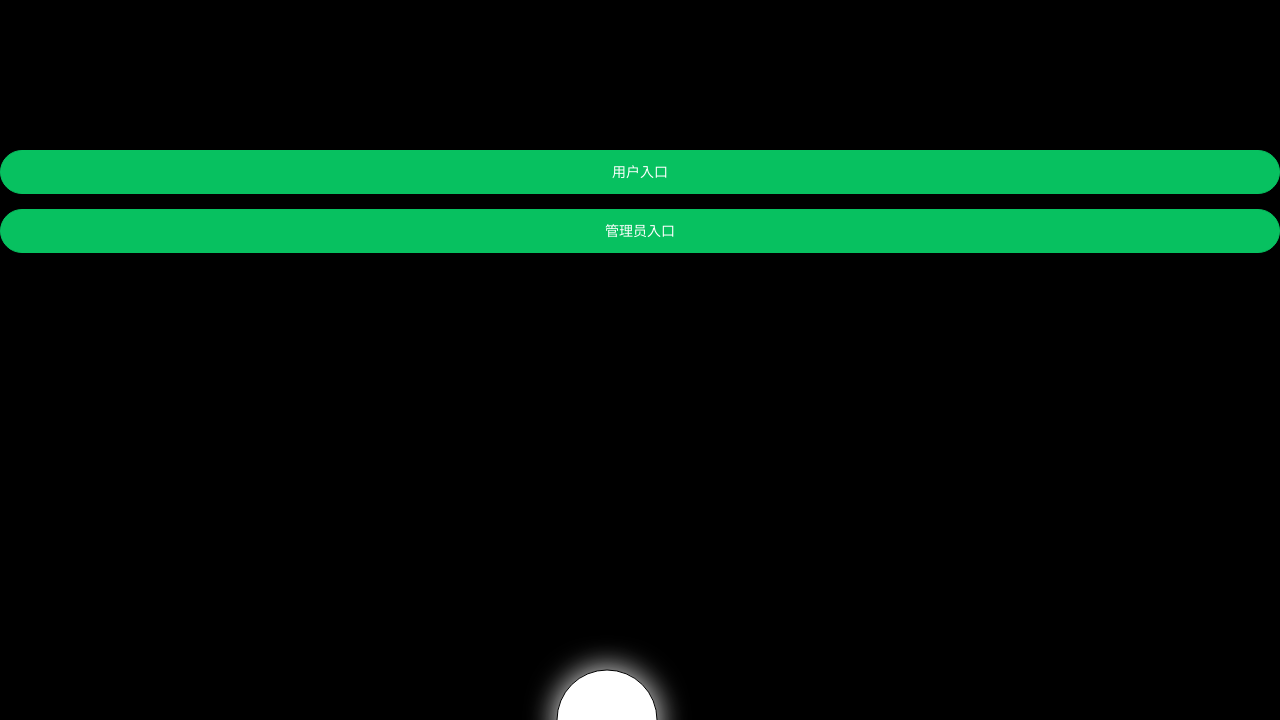
Repository: fisher002/sports
Page: /
The author's editor kept a copy of each file at every save. The page is drawn from the files as they stood at one save, then again after the next save.
The browser window is 1280 px wide. The pictures show the whole page.
The project was rebuilt for these pictures with package versions that can differ from the ones it lists, and the page was loaded fresh each time. Also part of the build but not shown: src/components/public/bottom.vue, src/views/mobile-index/indexUrl.js, src/views/mobile-admin/admin-login/loginUrl.js, src/components/public/top.vue, src/views/mobile-index/mobileIndex.vue, src/utils/comUtils.js, src/views/mobile-index/index.vue, src/views/mobile-index/detailcompate.vue and 68 more.

Above is the page before, as saved 2020-05-04 14:14:35.

### index.html
<!DOCTYPE html>
<html>
  <head>
    <meta charset="utf-8">
    <meta name="viewport" content="width=device-width,initial-scale=1.0">
    <title>sports</title>
  </head>
  <body>
    <div id="app"></div>
    <!-- built files will be auto injected -->
  </body>
</html>

### src/main.js
// The Vue build version to load with the `import` command
// (runtime-only or standalone) has been set in webpack.base.conf with an alias.
import Vue from 'vue'
import App from './App'
import router from './router'
import Vant from 'vant';
import { Toast } from "vant";
import { Dialog } from 'vant';
import 'vant/lib/index.css';

Vue.use(Toast);
Vue.use(Dialog);
Vue.use(Vant);
Vue.config.productionTip = false

/* eslint-disable no-new */
new Vue({
  el: '#app',
  router,
  components: { App },
  template: '<App/>'
})

### src/App.vue
<template>
  <div id="app">
    <router-view v-if="isRouterAlive" />
  </div>
</template>

<script>
import { Toast } from "vant";
export default {
  name: 'App',
  provide() {
    //父组件中通过provide来提供变量，在子组件中通过inject来注入变量。
    return {
      reload: this.reload
    };
  },
  data() {
    return {
      isRouterAlive: true, //控制视图是否显示的变量
    };
  },
  methods: {
    reload() {
      this.isRouterAlive = false; //先关闭，
      this.$nextTick(function() {
        this.isRouterAlive = true; //再打开
      });
    }
  }
}
</script>

<style>
#app {
  font-family: 'Avenir', Helvetica, Arial, sans-serif;
  -webkit-font-smoothing: antialiased;
  -moz-osx-font-smoothing: grayscale;
  text-align: center;
  color: #2c3e50;
  /* margin-top: 60px; */
}
</style>

### src/router/index.js
import Vue from 'vue'
import Router from 'vue-router'
// import HelloWorld from '@/components/HelloWorld'
// 用户路由
import defaultIndex from '@/views/index'
import mobileIndex from '@/views/mobile-index/mobileIndex'
import index from '@/views/mobile-index/index'
import detailcompate from '@/views/mobile-index/detailcompate'
import login from '@/views/mobile-index/login'
import listmine from '@/views/mobile-mine/listmine'
import detailmine from '@/views/mobile-mine/detailmine'
import listscore from '@/views/mobile-mine/listscore'
import listmessage from '@/views/mobile-mine/listmessage'
import refereemanage from '@/views/mobile-mine/refereeManage'
import listcontestant from '@/views/mobile-mine/listcontestant'
import signupmine from '@/views/mobile-mine/signupmine'
import listitem from '@/views/mobile-item/listitem'
import detailitem from '@/views/mobile-item/detailitem'
import listcomment from '@/views/mobile-comment/listcomment'
import commentusers from '@/views/mobile-comment/commentusers'
import listtournament from '@/views/mobile-tournament/listtournament'
import alltournaments from '@/views/mobile-tournament/alltournaments'
import chatusers from '@/views/mobile-tournament/chatusers'

// 管理员路由
import adminIndex from '@/views/mobile-admin/adminIndex'
import adminlogin from '@/views/mobile-admin/admin-login/adminLogin'
// 赛前
import preindex from '@/views/mobile-admin/admin-pregame/preindex'
import releasegames from '@/views/mobile-admin/admin-pregame/releasegames'
import listgames from '@/views/mobile-admin/admin-pregame/listgames'
import editcompate from '@/views/mobile-admin/admin-pregame/editcompate'
import registermanagement from '@/views/mobile-admin/admin-pregame/registercompate/registermanagement'
import registerpeople from '@/views/mobile-admin/admin-pregame/registercompate/registerpeople'
import listcompateplay from '@/views/mobile-admin/admin-pregame/playermanage/listcompateplay'
import playermanagement from '@/views/mobile-admin/admin-pregame/playermanage/playermanagement'
import listcompatereferee from '@/views/mobile-admin/admin-pregame/refereemanage/listcompatereferee'
import refereemanagement from '@/views/mobile-admin/admin-pregame/refereemanage/refereemanagement'
import listequipment from '@/views/mobile-admin/admin-pregame/equipmentmanage/listequipment'
// 赛中
import middleindex from '@/views/mobile-admin/admin-middle/middleindex'
import listcompates from '@/views/mobile-admin/admin-middle/compatescore/listcompates'
import listcompatescore from '@/views/mobile-admin/admin-middle/compatescore/listcompatescore'
import listfinalperson from '@/views/mobile-admin/admin-middle/finalperson/listfinalperson'
import detailfinalperson from '@/views/mobile-admin/admin-middle/finalperson/detailfinalperson'
// 赛后
import afterindex from '@/views/mobile-admin/admin-after/afterindex'
import listbackmsg from '@/views/mobile-admin/admin-after/feedbackmsg/listbackmsg'
import listcompatewonderful from '@/views/mobile-admin/admin-after/compatewonderful/listcompatewonderful'
import detailwonderful from '@/views/mobile-admin/admin-after/compatewonderful/detailwonderful'
import listcompatenews from '@/views/mobile-admin/admin-after/compatenews/listcompatenews'
import detailcomnews from '@/views/mobile-admin/admin-after/compatenews/detailcomnews'
import listoutlaycompate from '@/views/mobile-admin/admin-after/compateoutlay/listoutlaycompate'
import detailoutlay from '@/views/mobile-admin/admin-after/compateoutlay/detailoutlay'
import listoutlaysum from '@/views/mobile-admin/admin-after/outlaysum/listoutlaysum'
import detailsumlist from '@/views/mobile-admin/admin-after/outlaysum/detailsumlist'

Vue.use(Router)

export default new Router({
  routes: [
    {
      path: '/',
      name: 'index',
      component: defaultIndex,
    },
    {
      path: '/user',
      name: 'mobileIndex',
      component: mobileIndex,
      redirect: '/user/index',
      children: [
        {
          path: '/user/index',
          name: 'index',
          meta: {
            label: "首页"
          },
          component: index
        },
        {
          path: '/user/detailcompate',
          name: 'detailcompate',
          meta: {
            label: "赛事详情"
          },
          component: detailcompate
        },
        {
          path: '/user/listmine',
          name: 'listmine',
          meta: {
            label: "我的"
          },
          component: listmine
        },
        {
          path: '/user/detailmine',
          name: 'detailmine',
          meta: {
            label: "我的信息"
          },
          component: detailmine
        },
        {
          path: '/user/refereemanage',
          name: 'refereemanage',
          meta: {
            label: "我的赛事管理"
          },
          component: refereemanage
        },
        {
          path: '/user/listcontestant',
          name: 'listcontestant',
          meta: {
            label: "运动员管理"
          },
          component: listcontestant
        },
        {
          path: '/user/signupmine',
          name: 'signupmine',
          meta: {
            label: "我的报名"
          },
          component: signupmine
        },
        {
          path: '/user/listscore',
          name: 'listscore',
          meta: {
            label: "我的成绩"
          },
          component: listscore
        },
        {
          path: '/user/listmessage',
          name: 'listmessage',
          meta: {
            label: "我的消息"
          },
          component: listmessage
        },
        {
          path: '/user/listitem',
          name: 'listitem',
          meta: {
            label: "项目"
          },
          component: listitem
        },
        {
          path: '/user/detailitem',
          name: 'detailitem',
          meta: {
            label: "项目列表"
          },
          component: detailitem
        },
        {
          path: '/user/listcomment',
          name: 'listcomment',
          meta: {
            label: "评论"
          },
          component: listcomment
        },
        {
          path: '/user/commentusers',
          name: 'commentusers',
          meta: {
            label: "赛事评论"
          },
          component: commentusers
        },
        {
          path: '/user/listtournament',
          name: 'listtournament',
          meta: {
            label: "赛事"
          },
          component: listtournament
        },
        {
          path: '/user/alltournaments',
          name: 'alltournaments',
          meta: {
            label: "全部赛事时间"
          },
          component: alltournaments
        },
        {
          path: '/user/chatusers',
          name: 'chatusers',
          meta: {
            label: "赛事实时信息"
          },
          component: chatusers
        },
      ]
    },
    {
      path: '/admin',
      name: 'adminIndex',
      component: adminIndex,
      redirect: '/admin/preindex',
      children: [
        {
          path: '/admin/preindex',
          name: 'preindex',
          meta: {
            label: "赛前"
          },
          component: preindex
        },
        {
          path: '/admin/releasegames',
          name: 'releasegames',
          meta: {
            label: "赛事发布"
          },
          component: releasegames
        },
        {
          path: '/admin/listgames',
          name: 'listgames',
          meta: {
            label: "赛事修改列表"
          },
          component: listgames
        },
        {
          path: '/admin/editcompate',
          name: 'editcompate',
          meta: {
            label: "赛事修改"
          },
          component: editcompate
        },
        {
          path: '/admin/registermanagement',
          name: 'registermanagement',
          meta: {
            label: "赛事报名管理"
          },
          component: registermanagement
        },
        {
          path: '/admin/registerpeople',
          name: 'registerpeople',
          meta: {
            label: "报名学生"
          },
          component: registerpeople
        },
        {
          path: '/admin/listcompateplay',
          name: 'listcompateplay',
          meta: {
            label: "运动员管理"
          },
          component: listcompateplay
        },
        {
          path: '/admin/playermanagement',
          name: 'playermanagement',
          meta: {
            label: "运动员列表"
          },
          component: playermanagement
        },
        {
          path: '/admin/listcompatereferee',
          name: 'listcompatereferee',
          meta: {
            label: "裁判管理"
          },
          component: listcompatereferee
        },
        {
          path: '/admin/refereemanagement',
          name: 'refereemanagement',
          meta: {
            label: "裁判列表"
          },
          component: refereemanagement
        },
        {
          path: '/admin/listequipment',
          name: 'listequipment',
          meta: {
            label: "设备添加"
          },
          component: listequipment
        },
        {
          path: '/admin/middleindex',
          name: 'middleindex',
          meta: {
            label: "赛中"
          },
          component: middleindex
        },
        {
          path: '/admin/listcompates',
          name: 'listcompates',
          meta: {
            label: "赛事列表"
          },
          component: listcompates
        },
        {
          path: '/admin/listcompatescore',
          name: 'listcompatescore',
          meta: {
            label: "赛事成绩"
          },
          component: listcompatescore
        },
        {
          path: '/admin/listfinalperson',
          name: 'listfinalperson',
          meta: {
            label: "赛事列表"
          },
          component: listfinalperson
        },
        {
          path: '/admin/detailfinalperson',
          name: 'detailfinalperson',
          meta: {
            label: "决赛名单添加"
          },
          component: detailfinalperson
        },
        {
          path: '/admin/afterindex',
          name: 'afterindex',
          meta: {
            label: "赛后"
          },
          component: afterindex
        },
        {
          path: '/admin/listbackmsg',
          name: 'listbackmsg',
          meta: {
            label: "反馈信息列表"
          },
          component: listbackmsg
        },
        {
          path: '/admin/listcompatewonderful',
          name: 'listcompatewonderful',
          meta: {
            label: "赛事资源"
          },
          component: listcompatewonderful
        },
        {
          path: '/admin/detailwonderful',
          name: 'detailwonderful',
          meta: {
            label: "赛事资源发布"
          },
          component: detailwonderful
        },
        {
          path: '/admin/listcompatenews',
          name: 'listcompatenews',
          meta: {
            label: "赛事新闻"
          },
          component: listcompatenews
        },
        {
          path: '/admin/detailcomnews',
          name: 'detailcomnews',
          meta: {
            label: "赛事新闻发布"
          },
          component: detailcomnews
        },
        {
          path: '/admin/listoutlaycompate',
          name: 'listoutlaycompate',
          meta: {
            label: "赛事列表"
          },
          component: listoutlaycompate
        },
        {
          path: '/admin/detailoutlay',
          name: 'detailoutlay',
          meta: {
            label: "赛事经费添加"
          },
          component: detailoutlay
        },
        {
          path: '/admin/listoutlaysum',
          name: 'listoutlaysum',
          meta: {
            label: "赛事列表"
          },
          component: listoutlaysum
        },
        {
          path: '/admin/detailsumlist',
          name: 'detailsumlist',
          meta: {
            label: "赛事统计列表"
          },
          component: detailsumlist
        },
      ]
    },
    {
      path: '/login',
      name: 'login',
      meta: {
        label: "用户登录"
      },
      component: login
    },
    {
      path: '/adminlogin',
      name: 'adminlogin',
      meta: {
        label: "管理员登录"
      },
      component: adminlogin
    },
  ]
})

### src/views/index.vue
<template>
  <div class="index">
    <div class="btn">
      <van-button to="/user" type="primary" block round>用户入口</van-button>
      <div class="hide"></div>
      <van-button to="/adminlogin" type="primary" block round>管理员入口</van-button>
    </div>
    <canvas ref="myCanvas" class="canvas"></canvas>
  </div>
</template>
<script>
export default {
  data() {
    return {
      height: null,
      width: null
    };
  },
  created() {
    window.addEventListener("resize", this.getWindowInfo); //注册监听器
    this.getWindowInfo(); //页面创建时先调用一次
  },
  mounted() {
    let canvas = this.$refs.myCanvas;
    canvas.height = this.height;
    canvas.width = this.width;
    this.createSrc(canvas);
  },
  methods: {
    /**获取屏幕宽高 */
    getWindowInfo() {
      this.height = document.documentElement.clientHeight;
      this.width = document.documentElement.clientWidth;
    },
    /**自定义创建圆 */
    createSrc(canvas) {
      let ctx = canvas.getContext("2d");
      ctx.shadowBlur = 30;
      ctx.shadowColor = "#ffffff";
      let grd = ctx.createRadialGradient(75, 50, 5, 90, 60, 100); // 创建一个径向/圆渐变
      grd.addColorStop(0, "blue");
      grd.addColorStop(1, "white");
      ctx.fillStyle = grd;
      ctx.beginPath();
      ctx.arc(this.autoX(), this.autoY(), 50, 0, 2 * Math.PI, true);
      ctx.fill();
      ctx.stroke();
    },
    /**横向变化 */
    autoX() {
      let x = 0;
      x = Math.floor(Math.random() * this.width) + 50;
      console.log("x" + x);
      return x;
    },
    /**纵向变化 */
    autoY() {
      let y = this.height;
      let timer = setInterval(() => {
        y -= 1;
      }, 1000);
      if (y == -100) {
        y = this.height;
      }
      console.log("y" + y);
      return y;
    }
  },
  destroyed() {
    /**页面销毁后注销监听器 */
    window.removeEventListener("resize", this.getWindowInfo);
  }
};
</script>
<style lang="scss" scoped>
.index {
  position: relative;
  .btn {
    position: fixed;
    width: 100%;
    padding: 150px 0px;
    z-index: 999;
    .hide {
      width: 100%;
      margin: 15px 0;
    }
  }
  .canvas {
    z-index: 990;
    position: absolute;
    left: 0;
    background: #000000;
  }
}
</style>

After the next save:
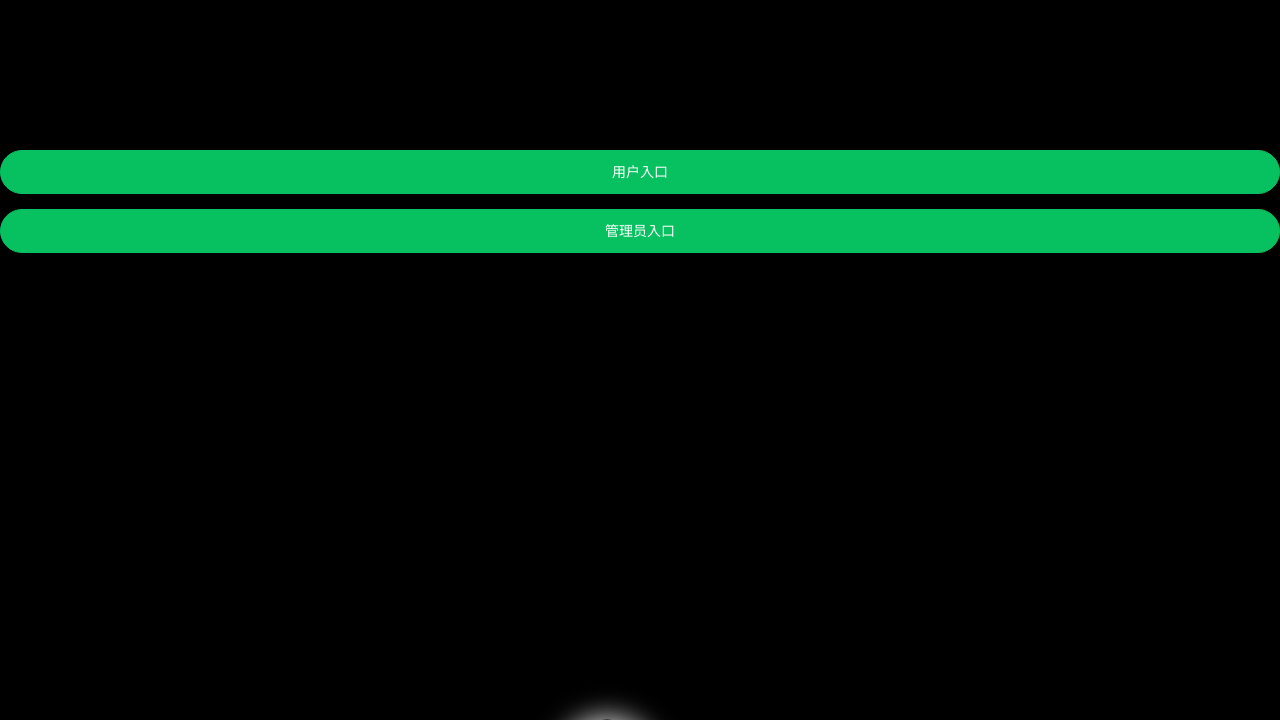
Saved 77 s later.
--- a/src/views/index.vue
+++ b/src/views/index.vue
@@ -50,19 +50,17 @@ export default {
     autoX() {
       let x = 0;
       x = Math.floor(Math.random() * this.width) + 50;
-      console.log("x" + x);
       return x;
     },
     /**纵向变化 */
     autoY() {
-      let y = this.height;
+      let y = this.height + 50;
       let timer = setInterval(() => {
         y -= 1;
       }, 1000);
       if (y == -100) {
-        y = this.height;
+        y = this.height + 50;
       }
-      console.log("y" + y);
       return y;
     }
   },
